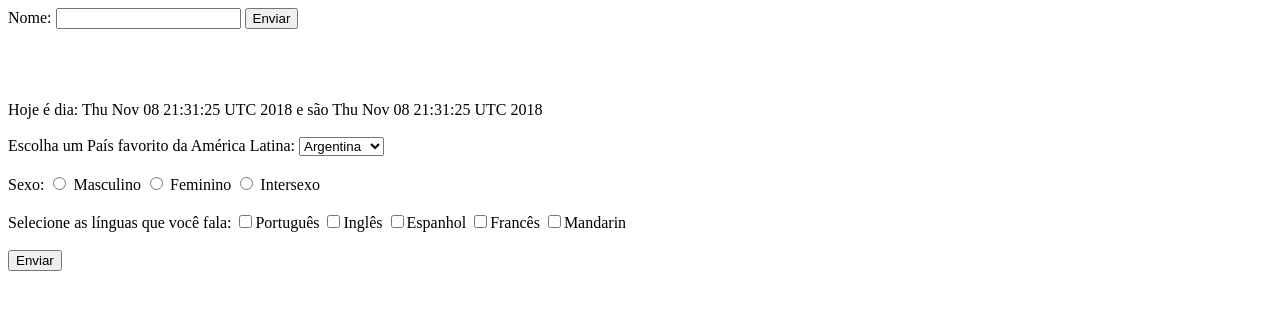
Repository: cassiahh/PWE
Page: http://localhost/Topico1/Formulario.jsp
These files come from the project's save history. The page is drawn as it stood at one moment and after the next save; the edit follows.
The browser window is 1280 px wide. The pictures show the whole page.
The page is served by Tomcat 9.

Above is the page before, as saved 2018-11-08 23:27:12.

After the next save:
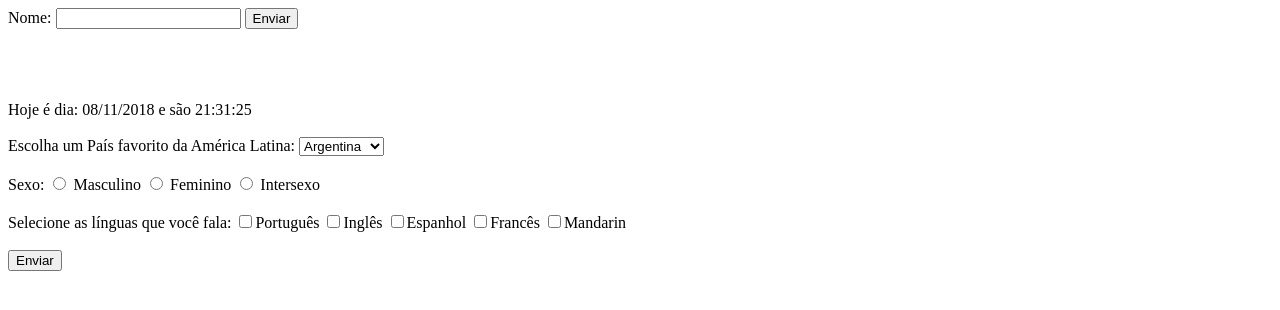
Saved 2 min 8 s later.
--- a/Topico1/WebContent/Formulario.jsp
+++ b/Topico1/WebContent/Formulario.jsp
@@ -24,10 +24,10 @@ out.print("Bem vindo(a), "+nome+"!");
 <br/><br/>
 
 Hoje é dia: <%= //declaration
-new Date()
+utilidades.Data.dataAtual()
 %>
  e são <%=
-new Date()
+utilidades.Data.horaAtual()
 %>
 <br/><br/>
 
